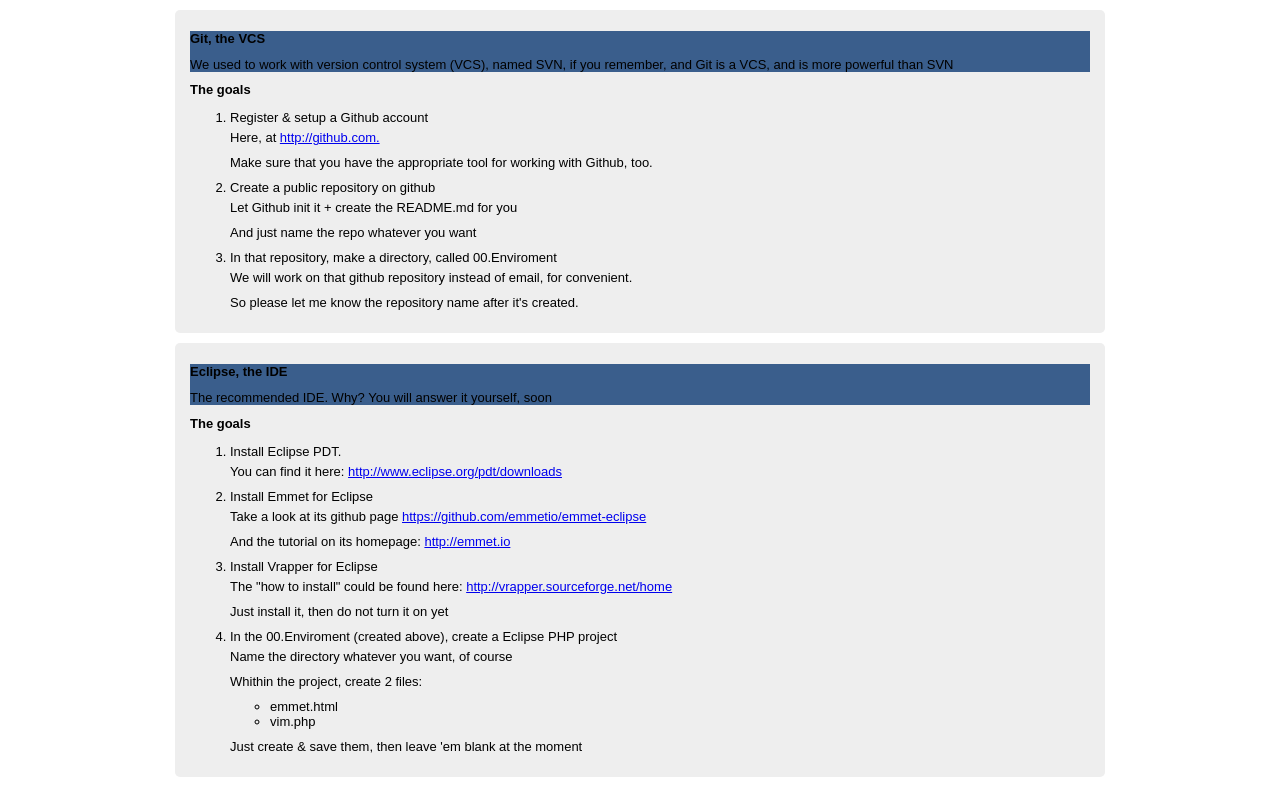
Repository: mrdo2010vn/00.enviroment
Page: 00.TestingEnviroment/emmet.html
An editor plug-in stored every save of this project. The page is shown before and after the next save, followed by the edit.
The browser window is 1280 px wide. The pictures show the whole page.

Above is the page before, as saved 2013-09-25 08:51:58.

### 00.TestingEnviroment/emmet.html
<!DOCTYPE html PUBLIC "-//W3C//DTD HTML 4.01 Transitional//EN" "http://www.w3.org/TR/html4/loose.dtd">
<html>
<head>
<meta http-equiv="Content-Type" content="text/html; charset=UTF-8">
<link rel="stylesheet" href="css/style.css" />
<title>00.Enviroment</title>
</head>
<body>
	<div class="part">
		<div class="title">
			<h2><span class="underscore">Git</span>, the VCS</h2>
			<p>We used to work with version control system (VCS), named SVN, if you remember, and Git is a VCS, and is more powerful than SVN</p>
		</div><!-- END .title -->
		<div class="content">
			<h2>The goals</h2>
			<ol>
				<li><span class="italic">Register & setup a Github account</span>
					<blockquote>
						<p>Here, at <a href="http://github.com">http://github.com.</a></p>
						<p>Make sure that you have the appropriate tool for working with Github, too.</p>
					</blockquote>
				</li>

				<li><span class="italic">Create a public repository on github</span>
					<blockquote>
						<p>Let Github init it + create the <span class="bold">README.md</span> for you</p>
						<p>And just name the repo whatever you want</p>
					</blockquote>
				</li>
				<li><span class="italic">In that repository, make a directory, called</span> <span class="bold italic">00.Enviroment</span>
					<blockquote>
						<p>We will work on that github repository instead of email, for convenient.</p>
						<p>So please let me know the repository name after it's created.</p>
					</blockquote>
				</li>
			</ol>
		</div><!-- END .content -->
	</div><!-- END .part -->

	<div class="part">
		<div class="title">
			<h2><span class="underscore">Eclipse</span>, the IDE</h2>
			<p>The recommended IDE. Why? You will answer it yourself, soon</p>
		</div><!-- END .title -->
		<div class="content">
			<h2>The goals</h2>
			<ol>
				<li><span class="italic">Install Eclipse PDT.</span>
					<blockquote>
						<p>You can find it here: <a href="http://www.eclipse.org/pdt/downloads">http://www.eclipse.org/pdt/downloads</a></p>
					</blockquote>
				</li>

				<li><span class="italic">Install Emmet for Eclipse</span>
					<blockquote>
						<p>Take a look at its github page <a href="https://github.com/emmetio/emmet-eclipse">https://github.com/emmetio/emmet-eclipse</a></p>
						<p>And the tutorial on its homepage: <a href="http://emmet.io">http://emmet.io</a></p>
					</blockquote>
				</li>
				<li><span class="italic">Install Vrapper for Eclipse</span>
					<blockquote>
						<p>The "how to install" could be found here: <a href="http://vrapper.sourceforge.net/home">http://vrapper.sourceforge.net/home</a></p>
						<p>Just install it, then <span class="bold">do not turn it on</span> yet</p>
					</blockquote>
				</li>
				<li><span class="italic">In the <span class="bold">00.Enviroment</span> (created above), create a Eclipse PHP project</span>
					<blockquote>
						<p>Name the directory whatever you want, of course</p>
						<p>Whithin the project, create 2 files:
							<ul>
								<li class="bold">emmet.html</li>
								<li class="bold">vim.php</li>
							</ul>
						</p>
						<p>Just create & save them, then leave 'em blank at the moment</p>
					</blockquote>
				</li>
			</ol>
		</div><!-- END .content -->
	</div><!-- END .part -->
</body>
</html>

### 00.TestingEnviroment/css/style.css
@CHARSET "UTF-8";

/* =============== HTML DEFAULT =============== */
html, body {
    margin: 0;
    padding: 0;
}
p, pre, blockquote{
    padding: 0;
    margin: 5px 0 10px 0;
}
html {
    font-size: 100%;
}
* {
	font-family: "Arial", sans-serif;
	font-size: 13px;
}

/* ================ PART ================ */
.part {
	width:900px;
	margin: 10px auto;
	padding: 10px 15px;
	background: #EEEEEE;
	border-radius: 5px;
}

/* ================ TITILE ================ */
.title {
	background: #3A5E8C;
}

After the next save:
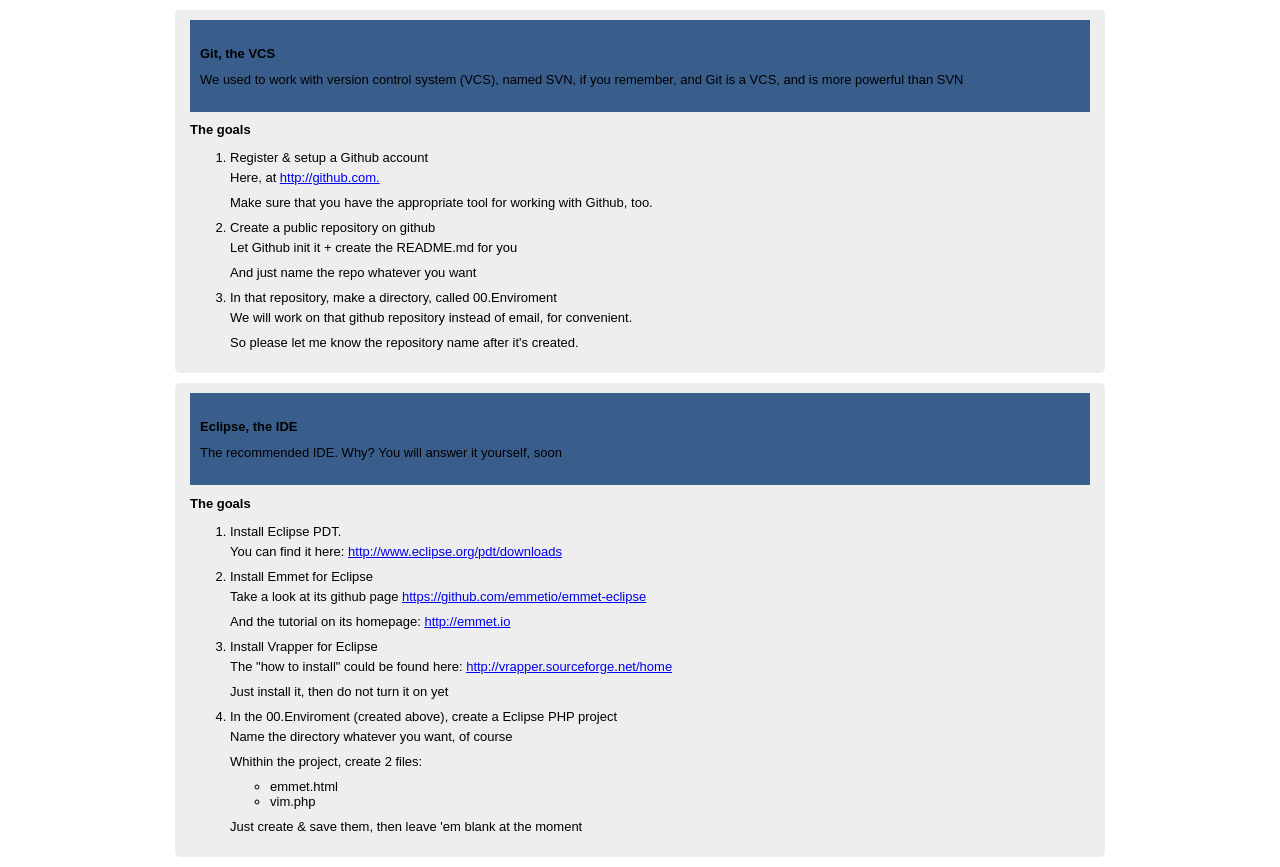
Saved 33 s later.
--- a/00.TestingEnviroment/css/style.css
+++ b/00.TestingEnviroment/css/style.css
@@ -29,4 +29,5 @@
 /* ================ TITILE ================ */
 .title {
 	background: #3A5E8C;
+	padding: 15px 10px;
 }
